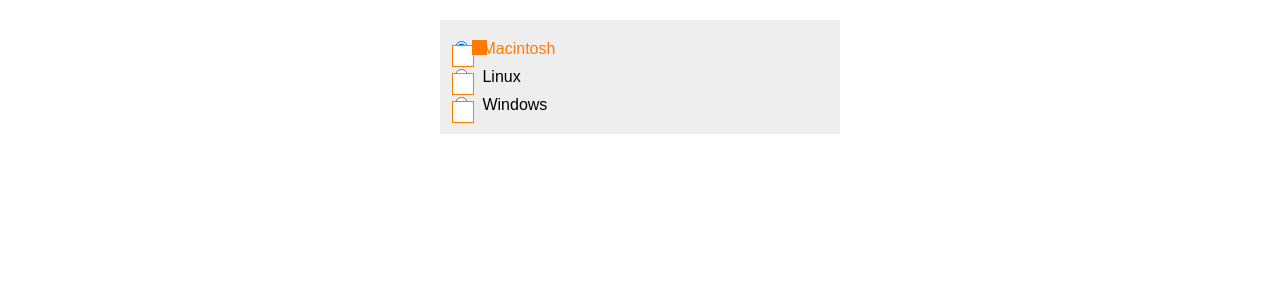
Repository: sayco/CSS-Front-End-Tutorials---Elzero
Page: 1-Customize Radio Input/index.html
These files come from the project's save history. The page is drawn as it stood at one moment and after the next save; the edit follows.
The browser window is 1280 px wide. The pictures show the whole page.
The first `form input[type="radio"]` is checked.

Above is the page before, as saved 2021-06-13 13:12:21.

After the next save:
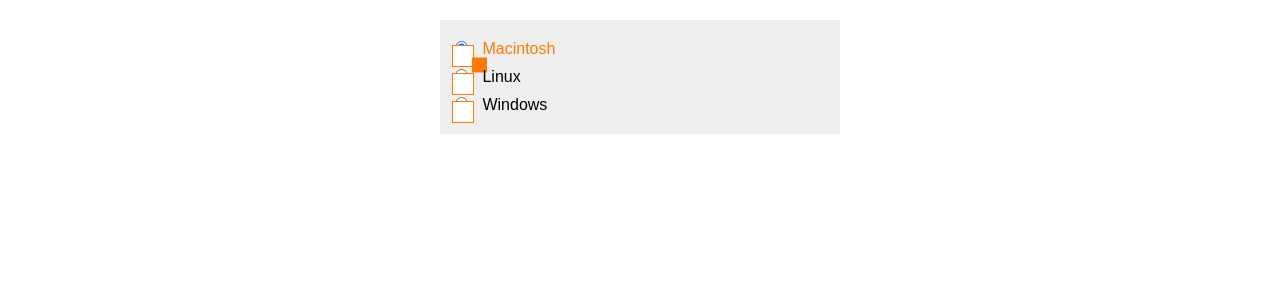
Saved 7 min 35 s later.
--- a/1-Customize Radio Input/style.css
+++ b/1-Customize Radio Input/style.css
@@ -55,6 +55,5 @@
     background-color: rgb(255, 123, 0);
     position: absolute;
     left: 0px;
-    top: 17px
-    transform: translateY(5px);
+    transform: translateY(17.5px);
 }
